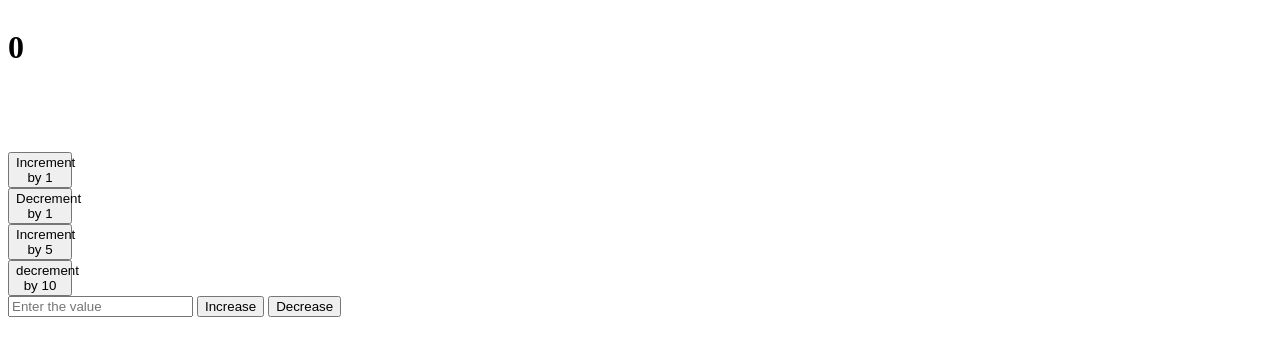
Repository: drumsmanku/micro-project-2
Page: index.html
The author's editor kept a copy of each file at every save. The page is drawn from the files as they stood at one save, then again after the next save.
The browser window is 1280 px wide. The pictures show the whole page.

Above is the page before, as saved 2023-04-07 19:32:01.

### index.html
<!DOCTYPE html>
<html lang="en">
<head>
  <meta charset="UTF-8">
  <meta http-equiv="X-UA-Compatible" content="IE=edge">
  <meta name="viewport" content="width=device-width, initial-scale=1.0">
  <link rel="stylesheet" href="style.css">
  <title>micro Project 2</title>
</head>
<body>
  <div class="my-elements">
    <h1 id="h1-tag">0</h1>
    <div class="second-part">
      <div class="second-first-part">
        <button id="clicked-1">Increment by 1</button>
        <button id="clicked-2">Decrement by 1</button>
        <button id="clicked-3">Increment by 5</button>
        <button id="clicked-4">decrement by 10</button>
      </div>
      <div class="second-second-part">
        <input type="number" name="num" id="num" placeholder="Enter the value">
        <button id="inc-dec-1">Increase</button>
        <button id="inc-dec-2">Decrease</button>
      </div>

    </div>
  </div>
</body>
</html>

### style.css
.my-elements{
  display: flex;


  flex-direction: column;
}

.second-part{
  display: flex;
  flex-direction: column;
  flex-wrap: wrap;
  margin-top: 4rem;
}

.second-first-part{
  display: flex;
  flex-direction: column;
}

.second-first-part button{
  width: 4rem;
}

After the next save:
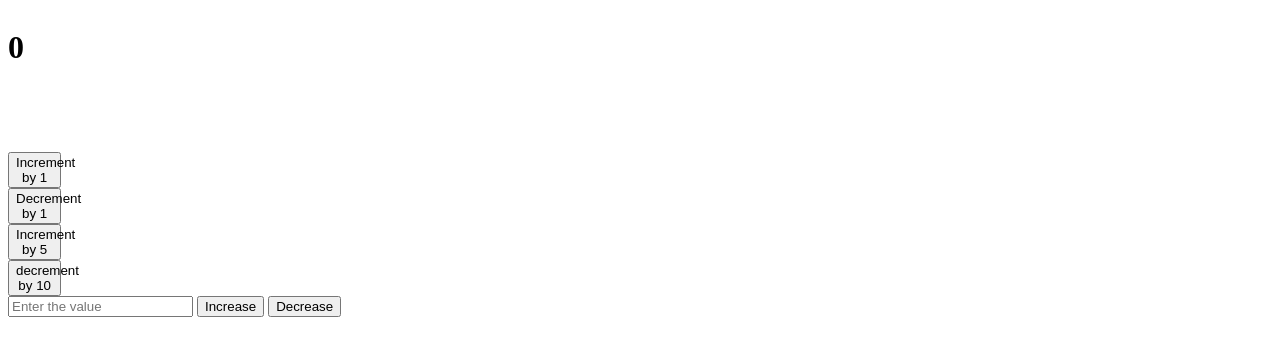
Saved 7 s later.
--- a/style.css
+++ b/style.css
@@ -18,5 +18,5 @@
 }
 
 .second-first-part button{
-  width: 4rem;
+  width: 4em;
 }
